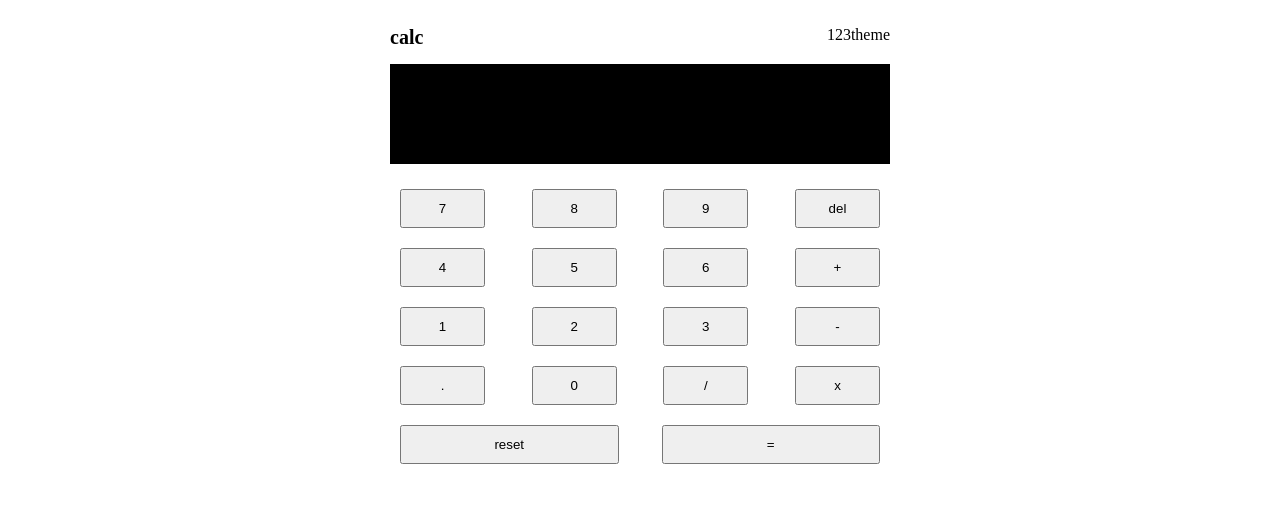
Repository: Eugene44-hub/basic-calculator
Page: index.html
The author's editor kept a copy of each file at every save. The page is drawn from the files as they stood at one save, then again after the next save.
The browser window is 1280 px wide. The pictures show the whole page.

Above is the page before, as saved 2021-10-02 02:24:54.
Console error: SyntaxError: Unexpected end of input

After the next save:
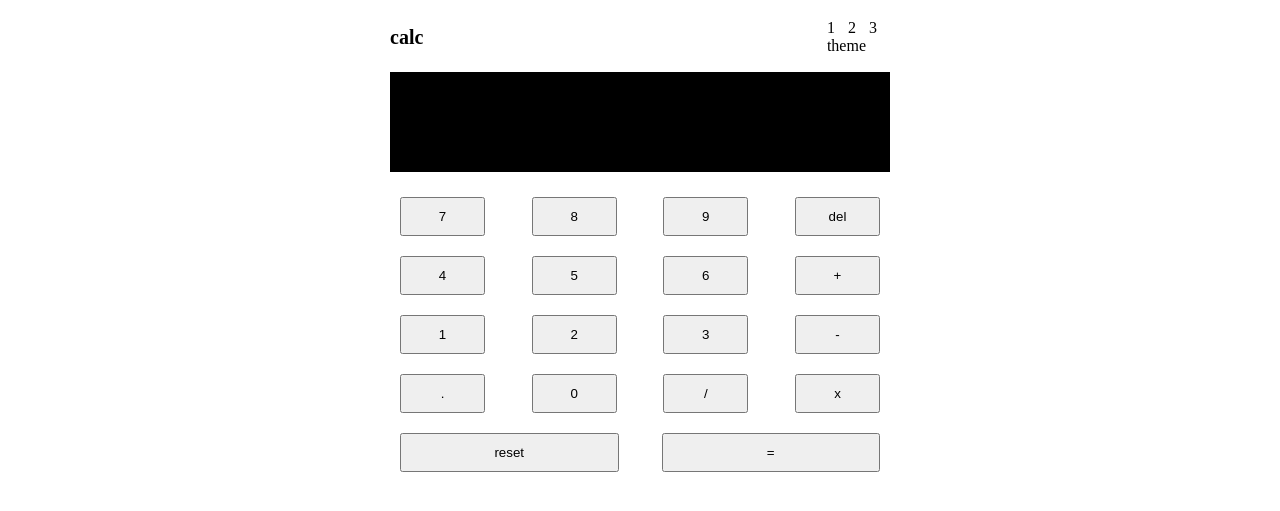
Saved 6 s later.
--- a/style.css
+++ b/style.css
@@ -34,7 +34,7 @@ h2 {
     float: right;
     word-spacing: 30px;
     display: flex;
-    flex-wrap: ;
+    flex-wrap: wrap;
 }
 
 span {
